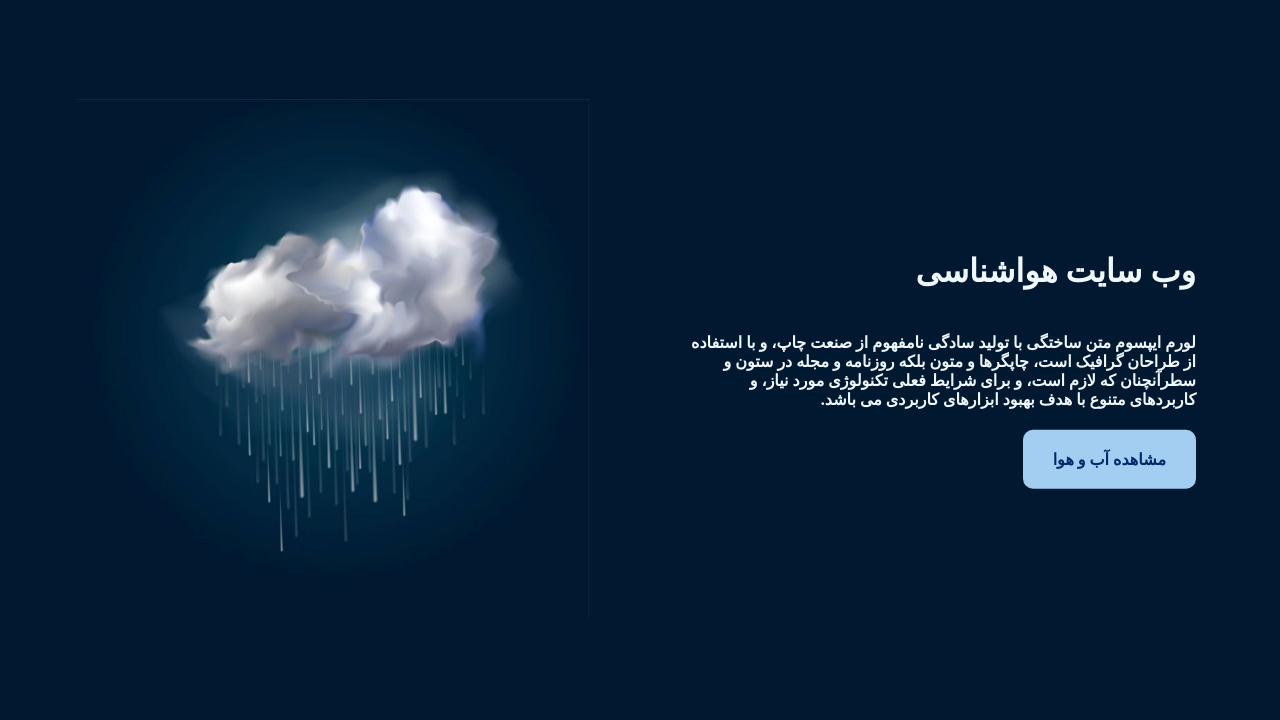
Repository: fateme81yosefi/weather
Page: landing/Landing.html
The author's editor kept a copy of each file at every save. The page is drawn from the files as they stood at one save, then again after the next save.
The browser window is 1280 px wide. The pictures show the whole page.
Some web fonts or font styles are not loaded; a fallback is used.

Above is the page before, as saved 2025-02-02 18:02:19.

After the next save:
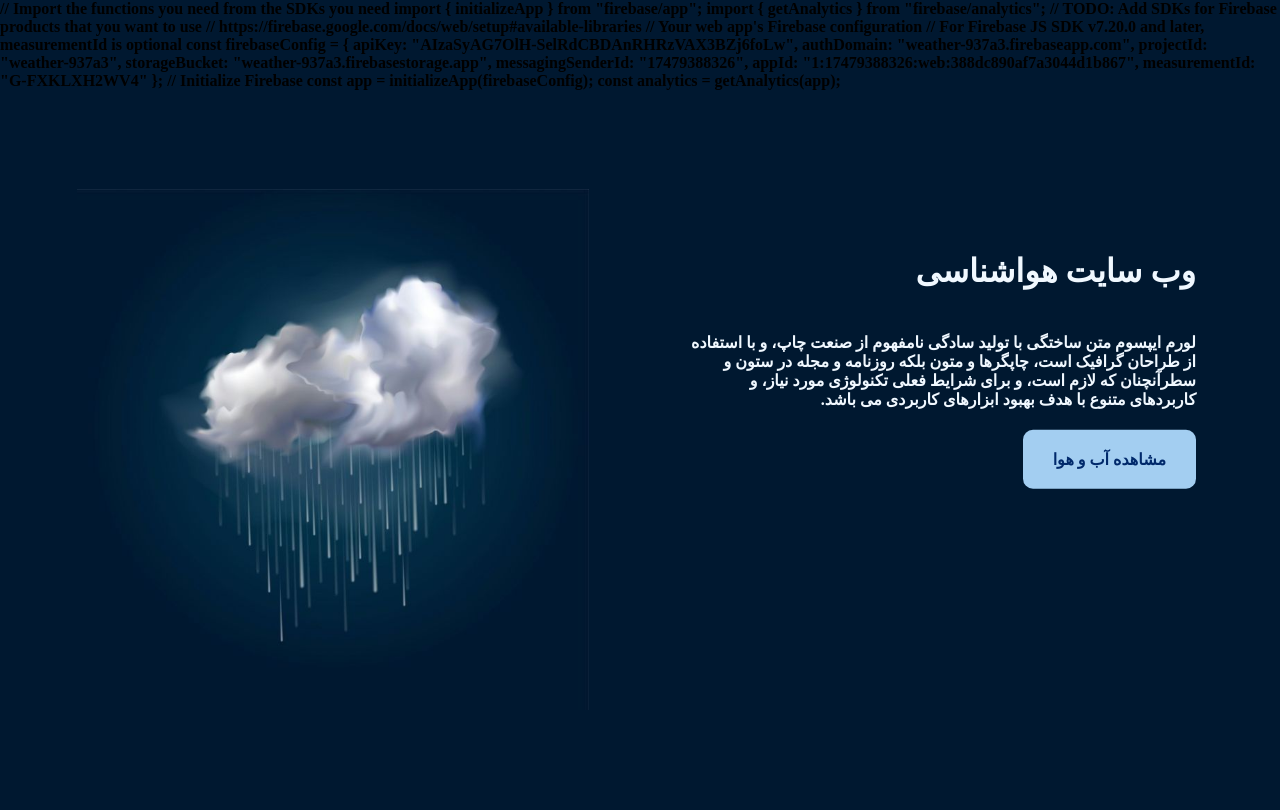
Saved 9 s later.
--- a/landing/Landing.html
+++ b/landing/Landing.html
@@ -1,6 +1,26 @@
 <!doctype html>
 <html lang="en">
+    // Import the functions you need from the SDKs you need
+    import { initializeApp } from "firebase/app";
+    import { getAnalytics } from "firebase/analytics";
+    // TODO: Add SDKs for Firebase products that you want to use
+    // https://firebase.google.com/docs/web/setup#available-libraries
 
+    // Your web app's Firebase configuration
+    // For Firebase JS SDK v7.20.0 and later, measurementId is optional
+    const firebaseConfig = {
+      apiKey: "AIzaSyAG7OlH-SelRdCBDAnRHRzVAX3BZj6foLw",
+      authDomain: "weather-937a3.firebaseapp.com",
+      projectId: "weather-937a3",
+      storageBucket: "weather-937a3.firebasestorage.app",
+      messagingSenderId: "17479388326",
+      appId: "1:17479388326:web:388dc890af7a3044d1b867",
+      measurementId: "G-FXKLXH2WV4"
+    };
+
+    // Initialize Firebase
+    const app = initializeApp(firebaseConfig);
+    const analytics = getAnalytics(app);
 <head>
     <meta charset="utf-8">
     <meta name="viewport" content="width=device-width,initial-scale=1">

After the 2 saves that followed:
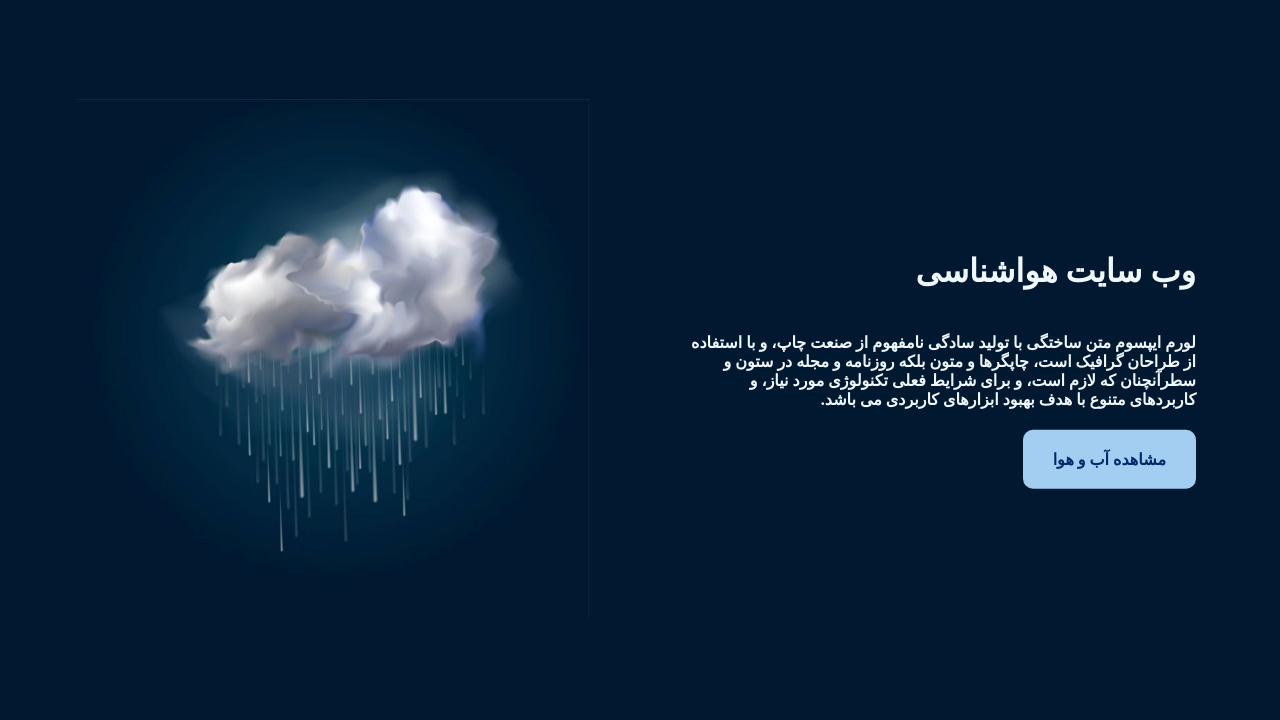
The 2 saves are shown as one change because they came seconds apart.
The last was saved 10 s later.
--- a/landing/Landing.html
+++ b/landing/Landing.html
@@ -1,26 +1,6 @@
 <!doctype html>
 <html lang="en">
-    // Import the functions you need from the SDKs you need
-    import { initializeApp } from "firebase/app";
-    import { getAnalytics } from "firebase/analytics";
-    // TODO: Add SDKs for Firebase products that you want to use
-    // https://firebase.google.com/docs/web/setup#available-libraries
 
-    // Your web app's Firebase configuration
-    // For Firebase JS SDK v7.20.0 and later, measurementId is optional
-    const firebaseConfig = {
-      apiKey: "AIzaSyAG7OlH-SelRdCBDAnRHRzVAX3BZj6foLw",
-      authDomain: "weather-937a3.firebaseapp.com",
-      projectId: "weather-937a3",
-      storageBucket: "weather-937a3.firebasestorage.app",
-      messagingSenderId: "17479388326",
-      appId: "1:17479388326:web:388dc890af7a3044d1b867",
-      measurementId: "G-FXKLXH2WV4"
-    };
-
-    // Initialize Firebase
-    const app = initializeApp(firebaseConfig);
-    const analytics = getAnalytics(app);
 <head>
     <meta charset="utf-8">
     <meta name="viewport" content="width=device-width,initial-scale=1">
